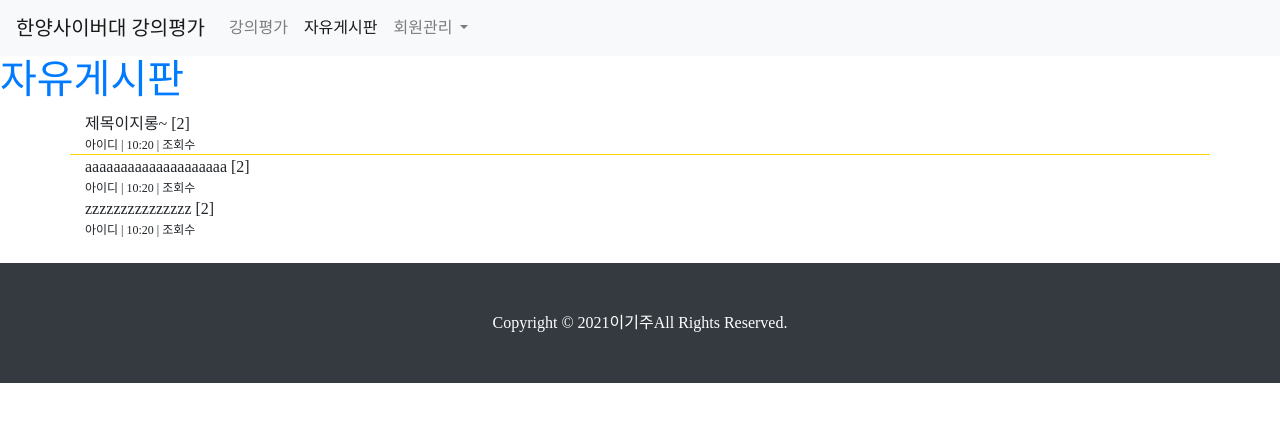
Repository: lkjjjang/hycu
Page: http://localhost/hycujjang/mobile.jsp
These files come from the project's save history. The page is drawn as it stood at one moment and after the next save; the edit follows.
The browser window is 1280 px wide. The pictures show the whole page.
Some web fonts or font styles are not loaded; a fallback is used. The page is served by Tomcat 9. Nobody is signed in. The application's start-up code is not run.

Above is the page before, as saved 2022-01-02 09:26:02.

After the next save:
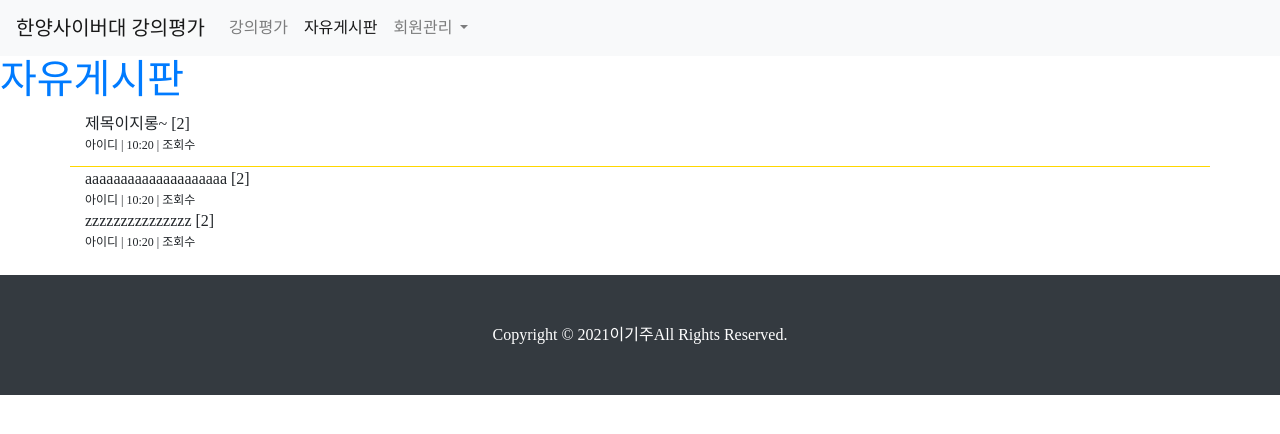
Saved 35 s later.
--- a/hycujjang/WebContent/mobile.jsp
+++ b/hycujjang/WebContent/mobile.jsp
@@ -63,7 +63,7 @@
 			</div>
 		</div>
 		<div class="row">
-			<div style="height: auto; width: 100%; border-bottom:1px solid gold; margin: 10;"></div>
+			<div style="height: auto; width: 100%; border-bottom:1px solid gold; padding: 6px;"></div>
 		</div>
 		<div class="row">
 			<div class="col-12">
